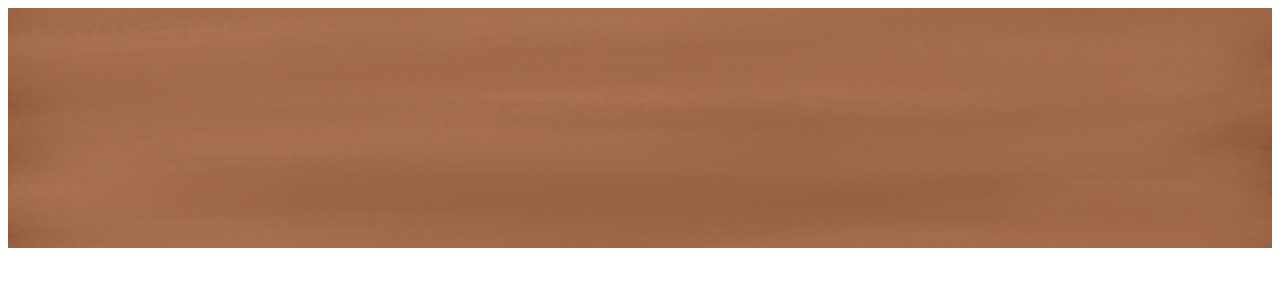
Repository: AlyssaHug/Bandit-Breakout
Page: index.html
These files come from the project's save history. The page is drawn as it stood at one moment and after the next save; the edit follows.
The browser window is 1280 px wide. The pictures show the whole page.
Some web fonts or font styles are not loaded; a fallback is used.

Above is the page before, as saved 2025-05-06 22:36:05.

### index.html
<!DOCTYPE html>
<html lang="en">
    <head>
        <meta charset="UTF-8" />
        <meta
            name="viewport"
            content="width=device-width, initial-scale=1.0" />
        <link
            rel="stylesheet"
            href="styles.css" />
        <title>Bandit Breakout</title>
    </head>
    <body>
        <header></header>
        <main></main>
        <footer>
            <div class="Contact-us"></div>
        </footer>
    </body>
</html>

### styles.css
@import url("https://fonts.googleapis.com/css2?family=Wellfleet&display=swap");

@font-face {
    font-family: "Western Bang Bang";
    src: url("fonts/WesternBangBang.ttf") format("truetype");
    font-weight: normal;
    font-style: normal;
}

:root {
    /* Font Families */
    --font-western: "Western Bang Bang", sans-serif;
    --font-wellfleet: "Wellfleet", serif;

    /* Font Sizes */
    --font-size-h1: 48px;
    --font-size-h2: 36px;
    --font-size-h3: 32px;
    --font-size-h4: 24px;
    --font-size-body: 14px;
    --font-size-caption: 11px;
}

footer {
    background-image: url("img/board.png");
    background-size: cover;
    background-repeat: no-repeat;
    background-position: center;
    min-height: 200px;
    padding: 20px;
}

After the next save:
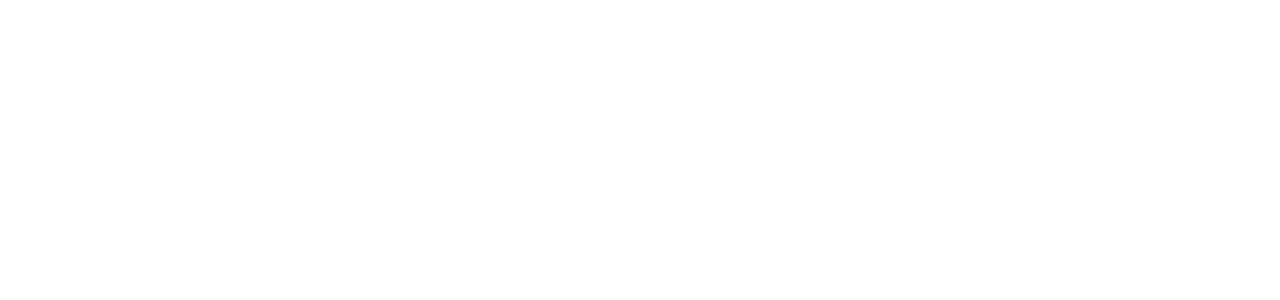
Saved 5 s later.
--- a/styles.css
+++ b/styles.css
@@ -26,6 +26,3 @@
     background-size: cover;
     background-repeat: no-repeat;
     background-position: center;
-    min-height: 200px;
-    padding: 20px;
-}

After the 3 saves that followed:
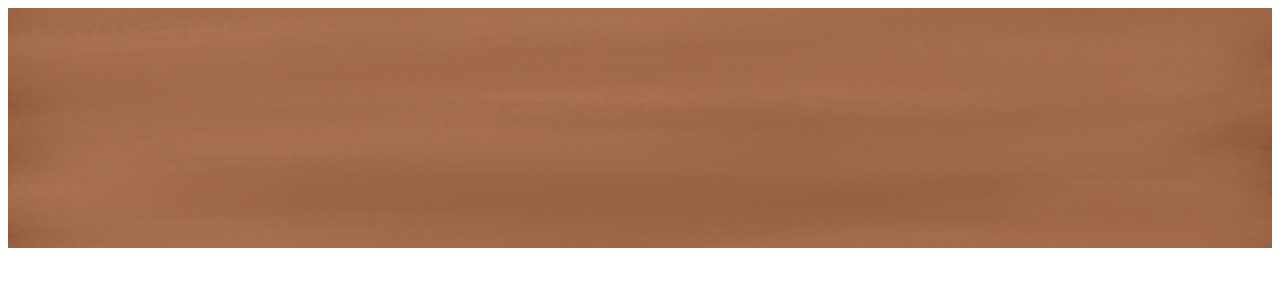
The 3 saves are shown as one change because 2 left the picture as it was.
The last was saved 23 s later.
--- a/styles.css
+++ b/styles.css
@@ -26,3 +26,6 @@
     background-size: cover;
     background-repeat: no-repeat;
     background-position: center;
+    min-height: 200px;
+    padding: 20px;
+}
